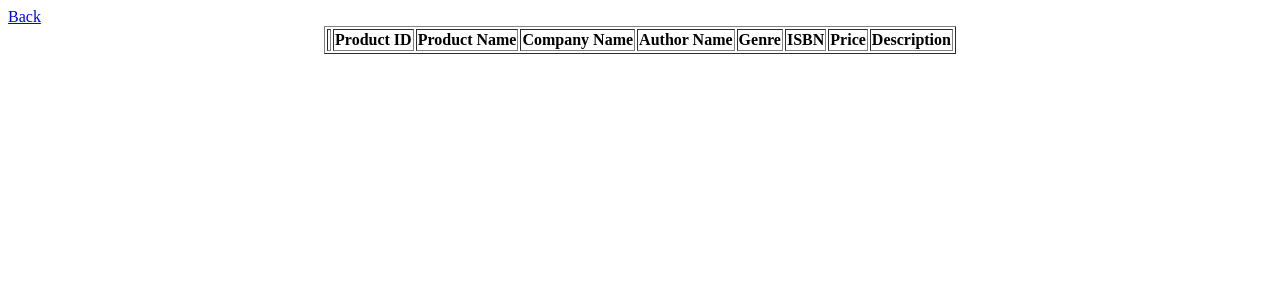
Repository: harshalsakpal/Catalog
Page: http://localhost/Catalog/pages/listBooks.jsp
These files come from the project's save history. The page is drawn as it stood at one moment and after the next save; the edit follows.
The browser window is 1280 px wide. The pictures show the whole page.
The page is served by Tomcat 9.

Above is the page before, as saved 2014-05-21 08:18:15.

After the next save:
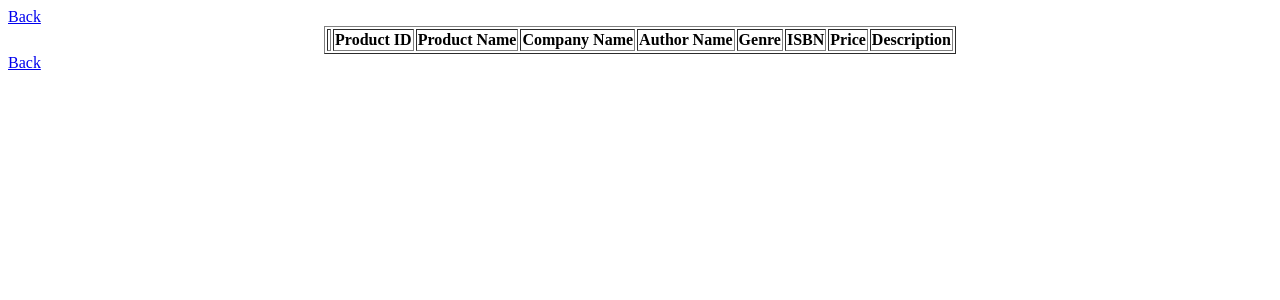
Saved 36 s later.
--- a/Catalog/WebContent/pages/listBooks.jsp
+++ b/Catalog/WebContent/pages/listBooks.jsp
@@ -9,11 +9,13 @@
 <title>List of Books</title>
 </head>
 <body>
-	<div align="left"><a href="home.jsp">Back</a></div>
+	<div align="left">
+		<a href="home.jsp">Back</a>
+	</div>
 	<table border="1" align="center">
 		<tr>
 			<td></td>
-			<td align="center"><b>Product ID </b> </td>
+			<td align="center"><b>Product ID </b></td>
 			<td align="center"><b>Product Name</b></td>
 			<td align="center"><b>Company Name</b></td>
 			<td align="center"><b>Author Name</b></td>
@@ -49,5 +51,9 @@
 				}
 		%>
 	</table>
+	<div align="left">
+		<a href="home.jsp">Back</a>
+	</div>
+
 </body>
 </html>
